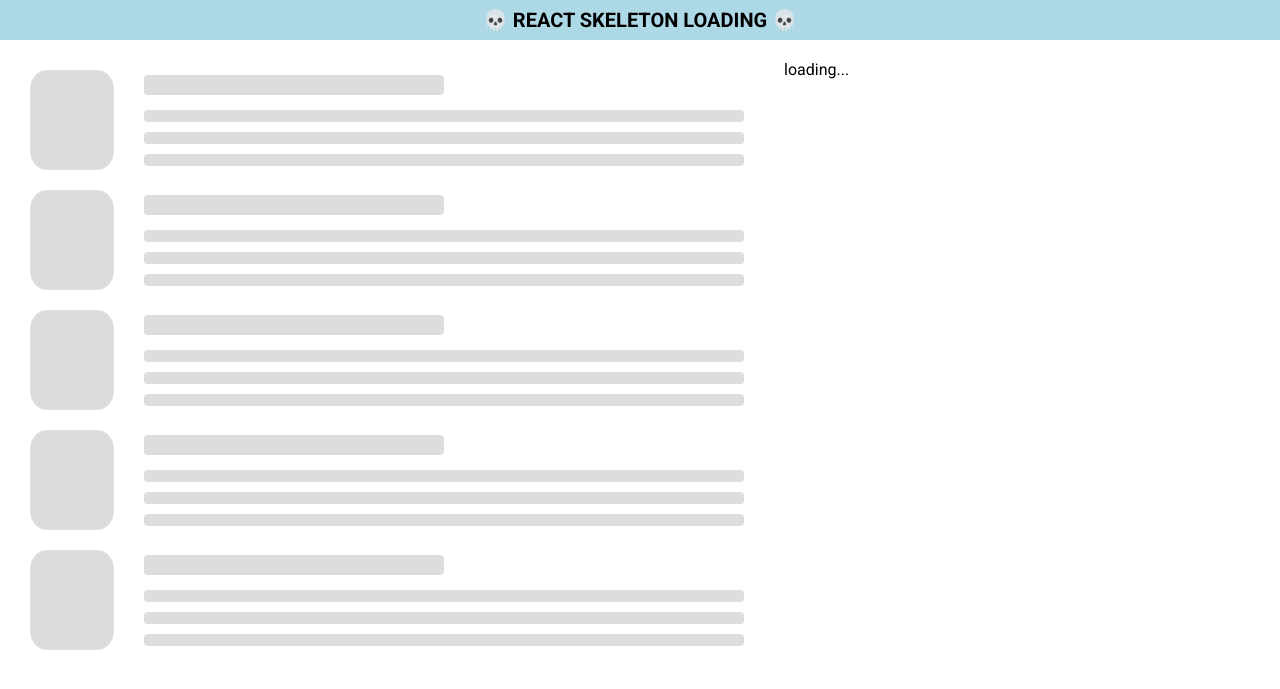
Repository: ethanJones21/React-Skeleton-Loading
Page: /
The author's editor kept a copy of each file at every save. The page is drawn from the files as they stood at one save, then again after the next save.
The browser window is 1280 px wide. The pictures show the whole page.
The page's requests for data from a server got no answer. The project was rebuilt for these pictures with package versions that can differ from the ones it lists, and the page was loaded fresh each time. No one was signed in, and anything a server would have sent is missing. Also part of the build but not shown: src/components/Post.css, src/components/Post.js.

Above is the page before, as saved 2020-11-26 03:20:12.

### public/index.html
<!DOCTYPE html>
<html lang="en">
  <head>
    <meta charset="utf-8" />
    <link rel="icon" href="%PUBLIC_URL%/favicon.ico" />
    <meta name="viewport" content="width=device-width, initial-scale=1" />
    <meta name="theme-color" content="#000000" />
    <meta name="description" content="React skeleton loading" />
    <link rel="preconnect" href="https://fonts.gstatic.com" />
    <link
      href="https://fonts.googleapis.com/css2?family=Roboto:wght@100;300;400;500;700;900&display=swap"
      rel="stylesheet"
    />
    <title>React Skeleton</title>
  </head>
  <body>
    <noscript>You need to enable JavaScript to run this app.</noscript>
    <div id="root"></div>
  </body>
</html>

### src/App.js
import './App.css';
import Header from './components/Header';
import Posts from './components/Posts';
import User from './components/User';

function App() {
  return (
    <div className="app">
      <Header/>

      <div className="appContainer">
        <Posts/>
        <User/>
      </div>
    </div>
  );
}

export default App;

### src/App.css
*{
    margin: 0;
    font-family: 'Roboto', sans-serif;
}
.appContainer{
    display: flex;
    padding: 20px;
    align-items: start;
}

### src/components/Header.js
import React from 'react';
import "./Header.css"

const Header = () => {
    return (
        <div className="header">
            <span>💀 REACT SKELETON LOADING 💀 </span>
        </div>
    );
};

export default Header;

### src/components/Posts.js
import React, { useEffect, useState } from "react";
import Post from "./Post";
import "./Posts.css";
import { photos } from "../photos";
import PostSkeleton from "../skeleton/PostSkeleton";

const Posts = () => {
  const [postArray, setPostArray] = useState([]);

  useEffect(() => {
    setTimeout(() => {
      const fetchPosts = async () => {
        const res = await fetch("https://jsonplaceholder.typicode.com/posts");
        const data = await res.json();
        setPostArray(data.slice(0, 10));
      };
      fetchPosts();
    }, 1000);
  }, []);

  return (
    <div className="posts">
      {postArray.length > 0
        ? postArray.map((post) => (
            <Post
              key={post.id}
              post={{ ...post, photo: photos[post.id - 1] }}
            />
          ))
        : [1, 2, 3, 4, 5].map((item) => <PostSkeleton />)}
    </div>
  );
};

export default Posts;

### src/components/User.js
import React, { useState, useEffect } from "react";
import "./User.css";
import {photos} from "../photos"

const User = () => {
  const [user, setUser] = useState(null);

  useEffect(() => {
    setTimeout(() => {
      const fetchUser = async () => {
        const res = await fetch("https://jsonplaceholder.typicode.com/users");
        const data = await res.json();
        setUser(data[0]);
      };
      fetchUser();
    }, 1000);
  }, []);

  return (
    <div className="user">
      {user !== null ? (
        <>
          <div className="userPhoto">
            <img
              className="userPhotoImg"
              src={photos[9]}
              alt="avatar"
            />
          </div>
          <div className="userInfo">
            <span className="userInfoText">
              <b>{user.name}</b>
            </span>
            <span className="userInfoText">{user.email}</span>
            <span className="userInfoText">{user.address.street}</span>
          </div>
          <button className="writeButton">Write a Story</button>
        </>
      ) : (
        <span>loading...</span>
      )}
    </div>
  );
};

export default User;

### src/components/Header.css
.header{
    display: flex;
    align-items: center;
    justify-content: center;
    height: 40px;
    width: 100%;
    background-color: lightblue;
    font-weight: 600;
    font-size: 20px;
}

### src/components/Posts.css
.posts{
    flex: 0.6;
    padding-right: 50px;
}

### src/photos.js
export const photos = [
  "https://images.pexels.com/photos/789296/pexels-photo-789296.jpeg?auto=compress&cs=tinysrgb&dpr=2&w=500",
  "https://images.pexels.com/photos/3772771/pexels-photo-3772771.jpeg?auto=compress&cs=tinysrgb&dpr=2&w=500",
  "https://images.pexels.com/photos/3059745/pexels-photo-3059745.jpeg?auto=compress&cs=tinysrgb&dpr=2&w=500",
  "https://images.pexels.com/photos/2896840/pexels-photo-2896840.jpeg?auto=compress&cs=tinysrgb&dpr=2&w=500",
  "https://images.pexels.com/photos/3155588/pexels-photo-3155588.jpeg?auto=compress&cs=tinysrgb&dpr=2&w=500",
  "https://images.pexels.com/photos/936019/pexels-photo-936019.jpeg?auto=compress&cs=tinysrgb&dpr=2&w=500",
  "https://images.pexels.com/photos/1071162/pexels-photo-1071162.jpeg?auto=compress&cs=tinysrgb&dpr=2&w=500",
  "https://images.pexels.com/photos/3147528/pexels-photo-3147528.jpeg?auto=compress&cs=tinysrgb&dpr=2&w=500",
  "https://images.pexels.com/photos/3541389/pexels-photo-3541389.jpeg?auto=compress&cs=tinysrgb&dpr=2&w=500",
  "https://images.pexels.com/photos/1680172/pexels-photo-1680172.jpeg?auto=compress&cs=tinysrgb&dpr=2&w=500",
];

### src/skeleton/PostSkeleton.js
import React from "react";
import "./PostSkeleton.css";
import Skeleton from "./Skeleton";

const PostSkeleton = () => {
  return (
    <div className="postSkeleton">
      <Skeleton type="avatar" />
      <div className="postSkeletonRight">
        <Skeleton type="title" />
        <Skeleton type="text" />
        <Skeleton type="text" />
        <Skeleton type="text" />
      </div>
    </div>
  );
};

export default PostSkeleton;

### src/components/User.css
.user {
  flex: 0.4;
  display: flex;
  align-items: center;
}

.userPhotoImg {
  width: 60px;
  height: 60px;
  border-radius: 50%;
  margin-right: 20px;
  object-fit: cover;
}

.userInfo{
    display: flex;
    flex-direction: column;
}

.writeButton{
    padding: 10px;
    border: none;
    margin-left: 20px;
    border-radius: 10px;
    cursor: pointer;
}

.writeButton:focus{
    outline: none;
}

### src/skeleton/PostSkeleton.css
.postSkeleton {
  display: flex;
  align-items: center;
}

.postSkeletonRight{
    width: 100%;
}

### src/skeleton/Skeleton.js
import React from "react";
import "./Skeleton.css"

const Skeleton = ({ type }) => {
  return <div className={`skeleton ${type}`}></div>;
};

export default Skeleton;

### src/skeleton/Skeleton.css
.skeleton {
  background: #ddd;
  overflow: hidden;
  margin: 10px;
  border-radius: 4px;
}

.skeleton.text {
  width: 100%;
  height: 12px;
}

.skeleton.title {
  width: 50%;
  height: 20px;
  margin-bottom: 15px;
}

.skeleton.avatar {
  width: 100px;
  height: 100px;
  border-radius: 20%;
  margin-right: 20px;
}

.skeleton.userAvatar {
  width: 100px;
  height: 100px;
  border-radius: 50%;
}

Loaded but not shown: src/index.js (common file)

After the next save:
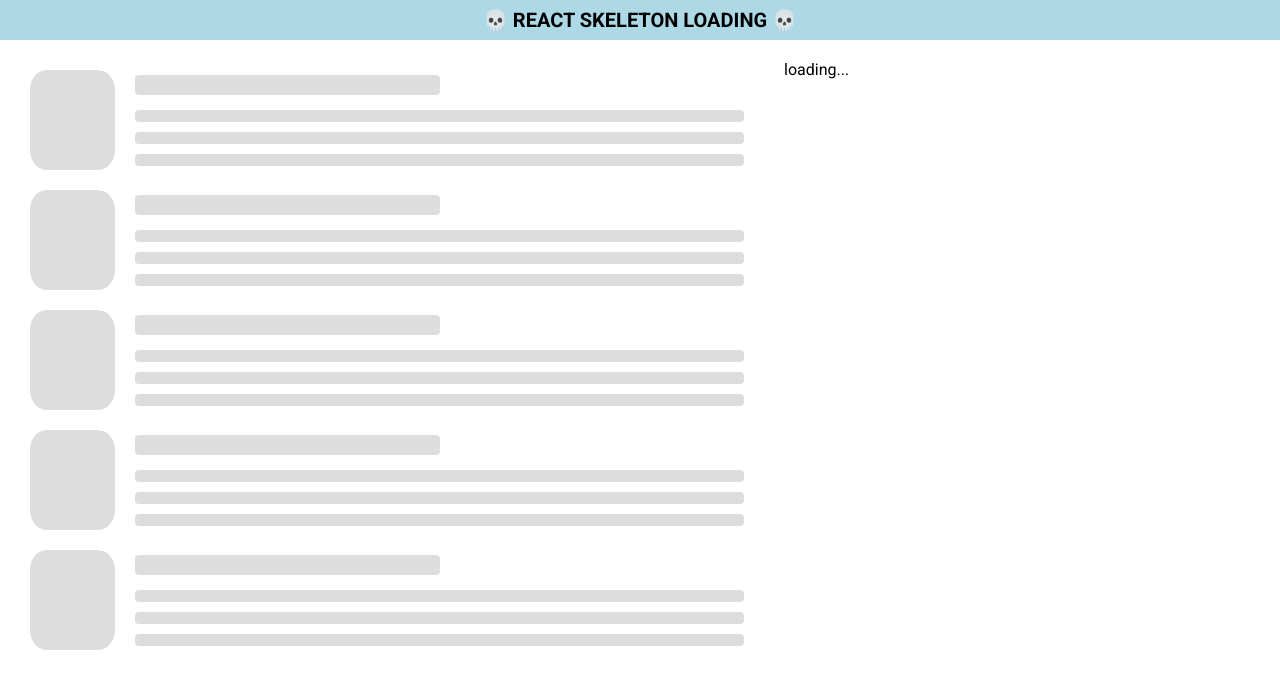
Saved 12 s later.
--- a/src/skeleton/Skeleton.css
+++ b/src/skeleton/Skeleton.css
@@ -20,7 +20,6 @@
   width: 100px;
   height: 100px;
   border-radius: 20%;
-  margin-right: 20px;
 }
 
 .skeleton.userAvatar {
